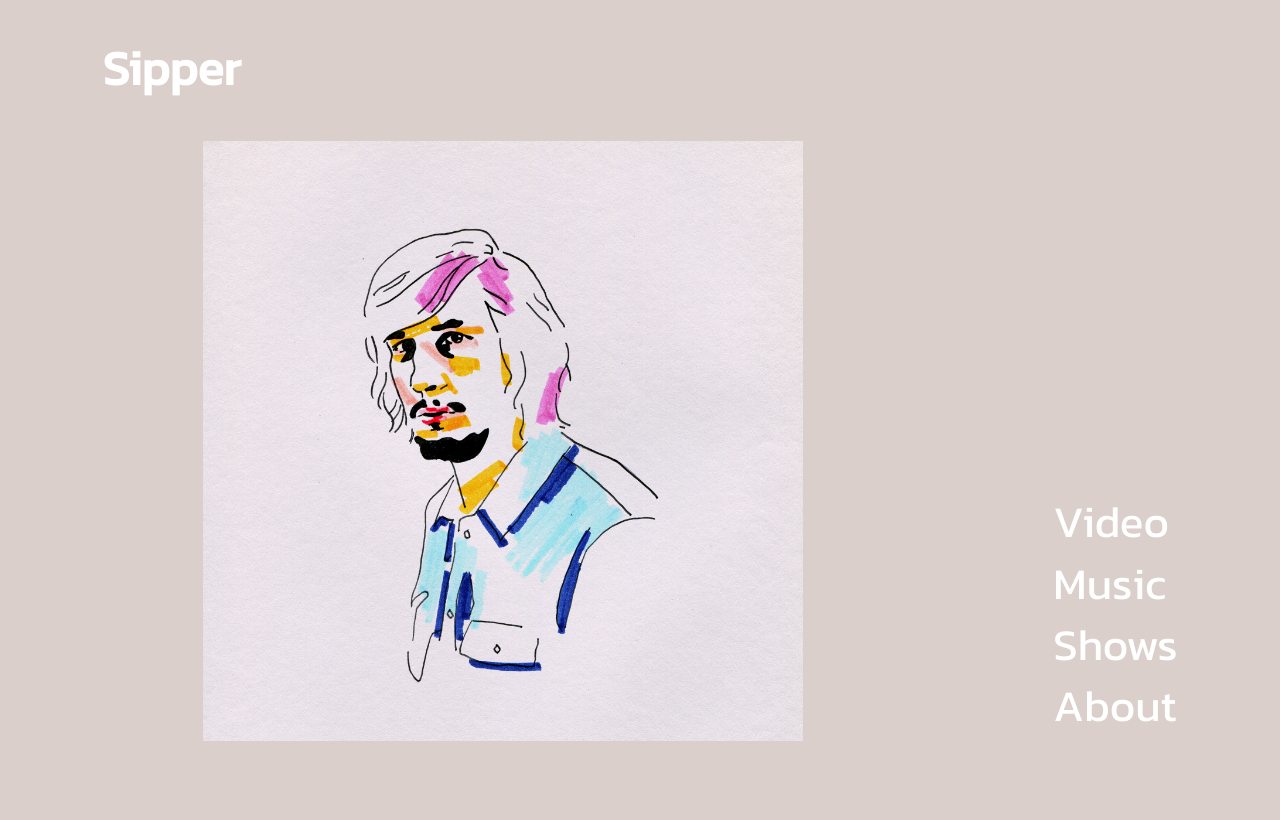
Repository: KrystellBarraza/SipperNYC
Page: home.html
An editor plug-in stored every save of this project. The page is shown before and after the next save, followed by the edit.
The browser window is 1280 px wide. The pictures show the whole page.
Some web libraries are served in a nearby version.

Above is the page before, as saved 2019-08-16 20:13:24.

### home.html
<!DOCTYPE html>
    <head>
        <meta charset="utf-8">
        <meta http-equiv="X-UA-Compatible" content="IE=edge">
        <title>Sipper</title>
        <meta name="description" content="Wholesome and intrinsically delicate, SIPPER is an NYC based band who wants nothing more than to make you enjoy whatever they put out.">
        <meta name="viewport" content="width=device-width, initial-scale=1">
        <script src="https://kit.fontawesome.com/0942df55aa.js"></script>
        <script src="https://ajax.googleapis.com/ajax/libs/jquery/3.4.1/jquery.min.js"></script>
        <link rel="stylesheet" href="https://ajax.googleapis.com/ajax/libs/jqueryui/1.12.1/themes/smoothness/jquery-ui.css">
        <script src="https://ajax.googleapis.com/ajax/libs/jqueryui/1.12.1/jquery-ui.min.js"></script>
        <link href="https://fonts.googleapis.com/css?family=Kanit&display=swap" rel="stylesheet">
        <link rel="stylesheet" href="style.css">
        <link rel="stylesheet" href="venobox/venoboxcopy.css" type="text/css" media="screen">
    </head>
    <body>

        <div class="container-home">
            <div class="head">
                <header>
                    <h1><a href="home.html">Sipper</a></h1>

                    <div id="toggleText">
                        <p class="menuToggle Open placeHolder"></p>
                        <p class="menuToggle Close" style="color: #FFF;"></p>
                    </div>

                    <div id="menu">
                        <ul id="hiddenMenu">
                            <li><a href="#video">Video</a></li>
                            <li><a href="#music">Music</a></li>
                            <li><a href="#shows">Shows</a></li>
                            <li><a href="#about">About</a></li>
                        </ul>
                    </div>

                </header>
            </div>

            <div id="menu-container"></div>

            <div class="menu">
                <div class="flexbox-nav">
                    <nav class="side-Nav">
                        <li><a href="#video">Video</a></li>
                        <li><a href="#music">Music</a></li>
                        <li><a href="#shows">Shows</a></li>
                        <li><a href="#about">About</a></li>
                    </nav>
                </div>
            </div>

            <div class="album">
                <img src="images/albumcover.jpg">
            </div>

            <div class="footer"></div>

        </div>

        <script src="app.js" async defer></script>
        <script src="venobox/venobox.mincopy.js" async defer></script>
    </body>
</html>

### style.css
* {
    box-sizing: border-box;
}

html {
    scroll-behavior: smooth;
}

body {
    margin: 0;
    background-color: #dacfca;
}

p, li {
    font-family: 'Kanit', sans-serif;
}

p {
    font-size: 18px;
}

h1 {
    font-family: 'Kanit', sans-serif;
    color: #fff;
    font-size: 48px;
}

a {
    text-decoration: none;
    color: #fff;
}

/* Header */

.container-home {
    display: grid;
    grid-template-columns: repeat(12, 1fr);
    grid-template-rows: auto 2fr 1fr;
    grid-gap: 5px;
    grid-column-gap: 20px;
    padding-left: 8%;
    padding-right: 8%;
    grid-template-areas:
    "h h h h h h h h h h h h"
    "c c c c c c c c c m m m"
    "c c c c c c c c c m m m"
    "c c c c c c c c c m m m"
    "f f f f f f f f f f f f";
}

.head {
    grid-area: h;
}

/* Toggled Header Nav */

#toggleText {
    top: 5%;
    right: 10%;
    color: #fff;
    position: absolute;
    z-index: 10;
}

#menu-container {
    background-color: #03262f;
    position: absolute;
    width: 100%;
    left: 0%;
    height: 100vh;
    z-index: 6;
}

#menu {
    background-color: #03262f;
    position: absolute;
    top: 0%;
    left: 0%;
    width: 100%;
    height: 100vh;
    z-index: 7;
}

#hiddenMenu {
    position: absolute;
    top: 30%;
}

p.placeHolder {
    display: none;
}

p.Open:before {
    content: "Menu";
}

p.Close:before {
    content: "Close";
}

ul {
    list-style: none;
}

li {
    font-size: 44px;
    line-height: 46pt;
}

/* Toggled Media Queries */

@media only screen and (min-width: 320px) {
    h2 {
        font-size: 24px;
    }
}

@media only screen and (min-width: 375px) {
    h2 {
        font-size: 32px;
    }
}

@media only screen and (max-width: 450px) {
    nav {
        visibility: hidden;
    }
}

@media only screen and (min-width: 450px) {
    #toggleText {
        visibility: hidden;
    }

    #menu {
        visibility: hidden;
    }

    #menu-container {
        visibility: hidden;
    }
}

@media only screen and (min-width: 767px) {
    h2 {
        font-size: 56px;
    }
}

@media only screen and (min-width: 1023px) {
    h2 {
        font-size: 78px;
    }
}

/* Menu */

.menu {
    grid-area: m;
}

.flexbox-nav {
    display: flex;
    align-items: flex-end;
    justify-content: flex-end;
    margin-top: 350px;
}

.side-nav {
    align-self: flex-end;
    margin-top: 30px;
}

nav > a {
    font-family: 'Kanit', sans-serif;
    color: #fff;
    font-size: 48px;
}

nav > li {
    list-style-type: none;
    padding: 0;
    margin: 0;
}

@media only screen and (max-width: 416px){
    .menu {
        display: none;
    }

    .container-home {
        display: grid;
        grid-template-columns: repeat(12, 1fr);
        grid-template-rows: auto 2fr 1fr;
        grid-gap: 5px;
        padding-left: 8%;
        padding-right: 8%;
        grid-template-areas:
        "h h h h h h h h h h h h"
        "c c c c c c c c c c c c"
        "c c c c c c c c c c c c"
        "c c c c c c c c c c c c"
        "f f f f f f f f f f f f";
    }

    .album > img {
        object-fit: contain;
        width: 100%;
    }
}

/* Album */

.album {
    grid-area: c;
}

.album > img {
    object-fit: contain;
    width: 100%;
    max-height: 600px;
}

/* Footer */

.footer {
    grid-area: f;
    height: 70px;
}

### app.js
$(document).ready(() => {
    $('#toggleText').click(() => {
      $('.menuToggle').toggleClass('placeHolder');
      $('#menu').toggle('slide',{direction:'up'}, 1000);
      $('#menu-container').toggle('fade',{direction: 'down'}, 500);
    });
  });

  $(document).ready(function(){
    $('.venobox').venobox({
        spinner:'three bounce',
        closeBackground: 'transparent'
    });
});

Loaded but not shown: venobox/venobox.mincopy.js (library); venobox/venoboxcopy.css (no copy from this time; the picture is the same without it)

After the next save:
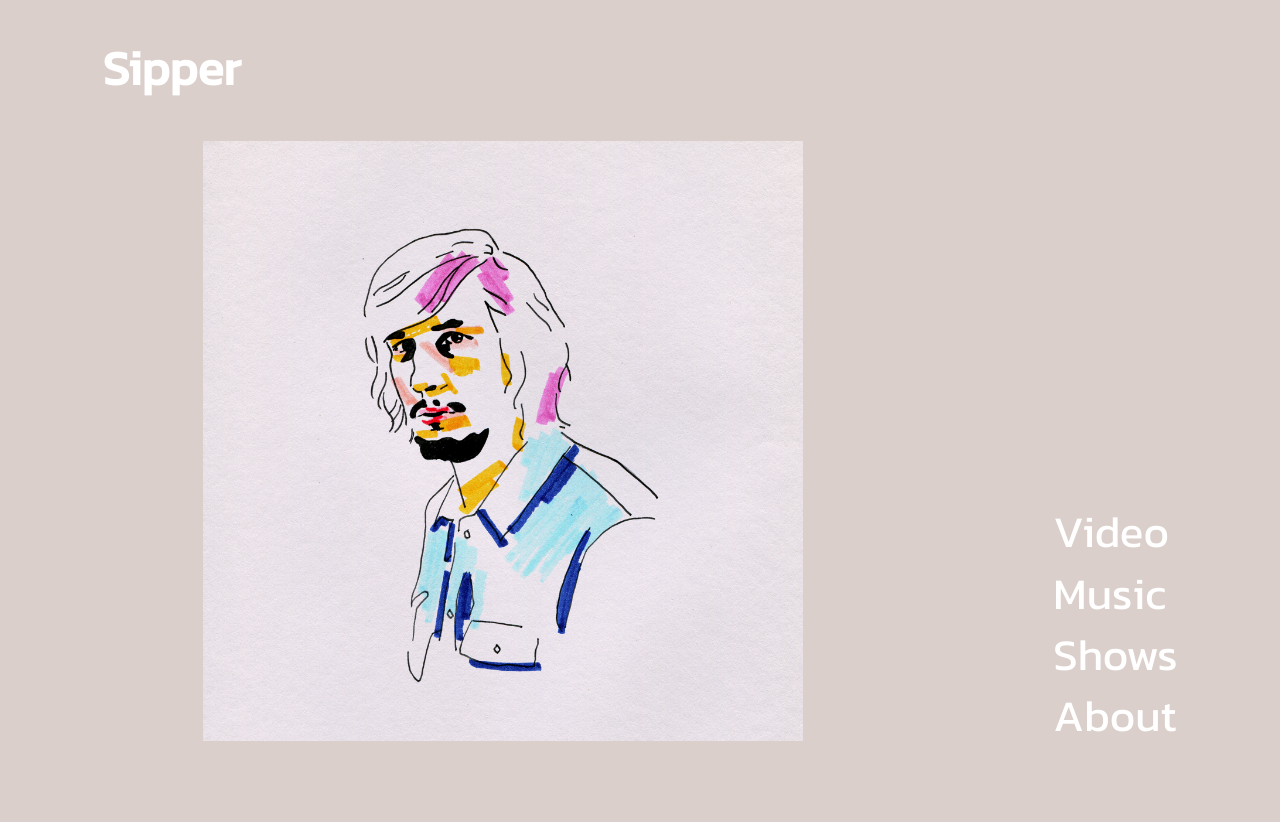
Saved 18 s later.
--- a/style.css
+++ b/style.css
@@ -163,7 +163,7 @@ li {
     display: flex;
     align-items: flex-end;
     justify-content: flex-end;
-    margin-top: 350px;
+    margin-top: 360px;
 }
 
 .side-nav {
